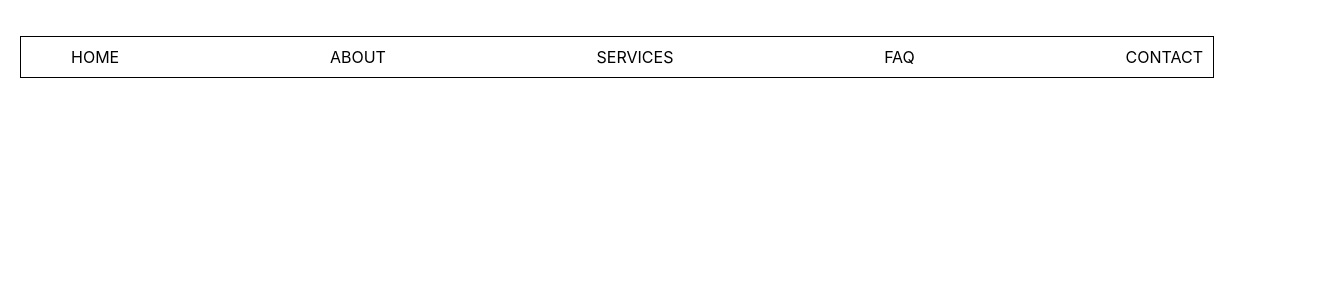
Repository: sriram1224/reactas1.github.io
Page: /
The author's editor kept a copy of each file at every save. The page is drawn from the files as they stood at one save, then again after the next save.
The browser window is 1280 px wide. The page is 1320 px wide, so the pictures cover 1320 px, including what lies to the right of the window. The pictures show the whole page.
The project was rebuilt for these pictures with package versions that can differ from the ones it lists, and the page was loaded fresh each time.

Above is the page before, as saved 2024-03-05 06:48:10.

After the next save:
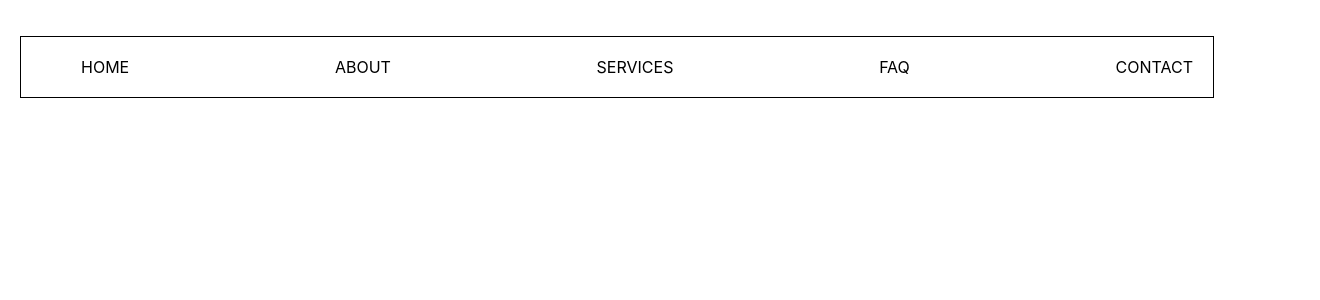
Saved 7 s later.
--- a/src/Components/Nav.css
+++ b/src/Components/Nav.css
@@ -15,5 +15,5 @@
     border: 1px solid #000;
 }
 .Nav ul li{
-    padding: 10px;
+    padding: 20px;
 }
